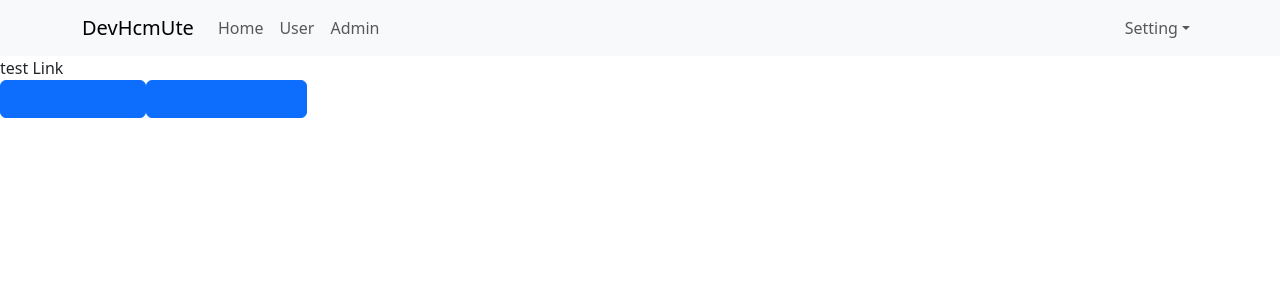
Repository: nnbxxx/React-Untimate
Page: /
These files come from the project's save history. The page is drawn as it stood at one moment and after the next save; the edit follows.
The browser window is 1280 px wide. The pictures show the whole page.
The project was rebuilt for these pictures with package versions that can differ from the ones it lists, and the page was loaded fresh each time.

Above is the page before, as saved 2023-04-11 16:21:24.

After the next save:
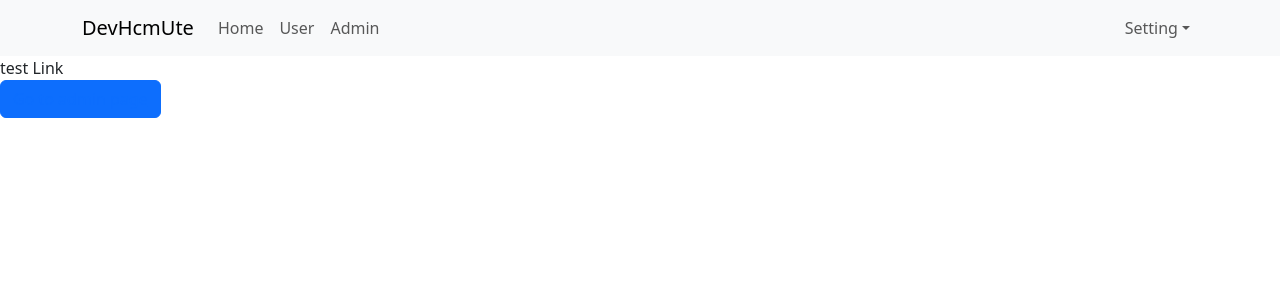
Saved 29 s later.
--- a/src/App.js
+++ b/src/App.js
@@ -11,9 +11,6 @@ const App = () => {
         test Link
         <div>
           <Button>
-            <Link to='./users'>Go to user page</Link>
-          </Button>
-          <Button>
             <Link to='./admins'>Go to admin page</Link>
           </Button>
         </div>
